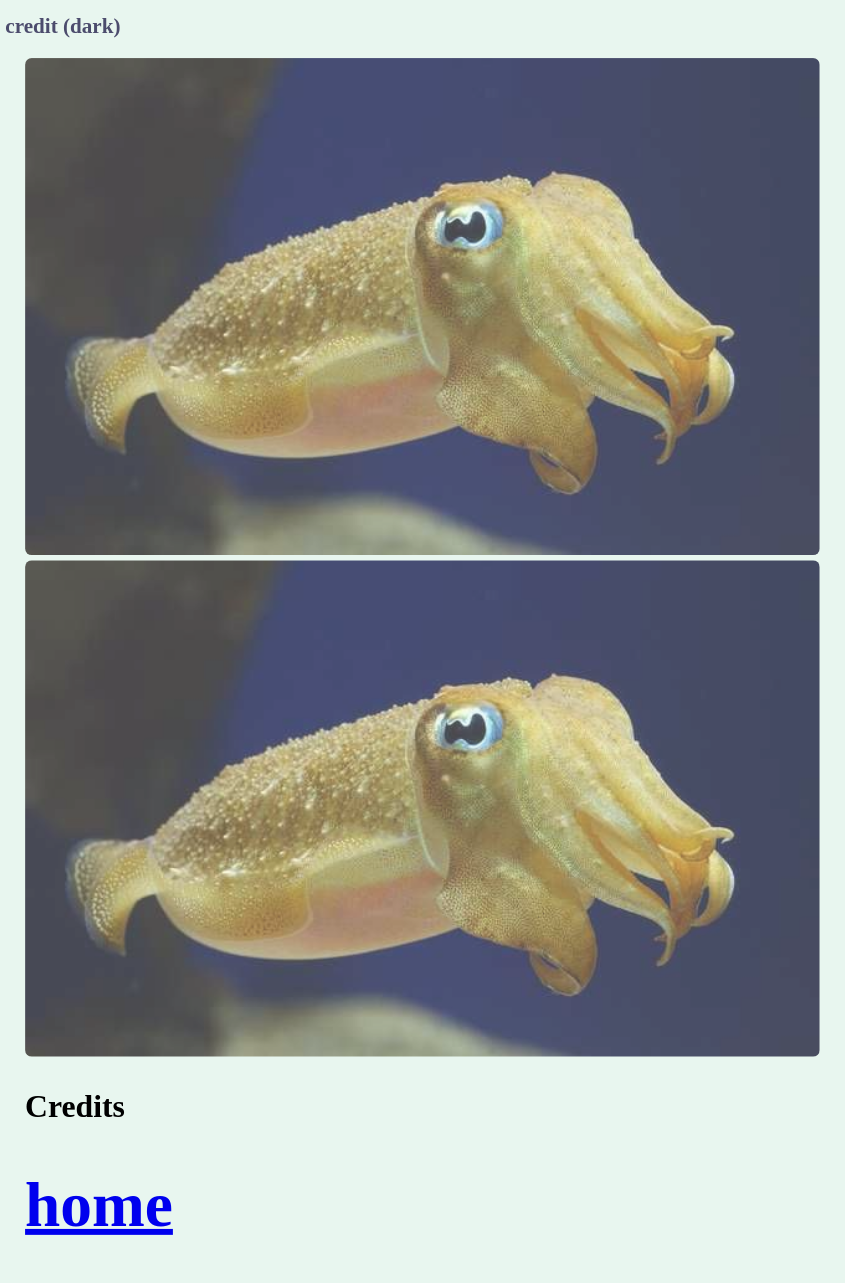
Repository: neomort/comm-lab-vid-site
Page: credits.html
The author's editor kept a copy of each file at every save. The page is drawn from the files as they stood at one save, then again after the next save.
The browser window is 1280 px wide. The pictures show the whole page, at 66% of full size.

Above is the page before, as saved 2021-09-23 02:51:07.

After the next save:
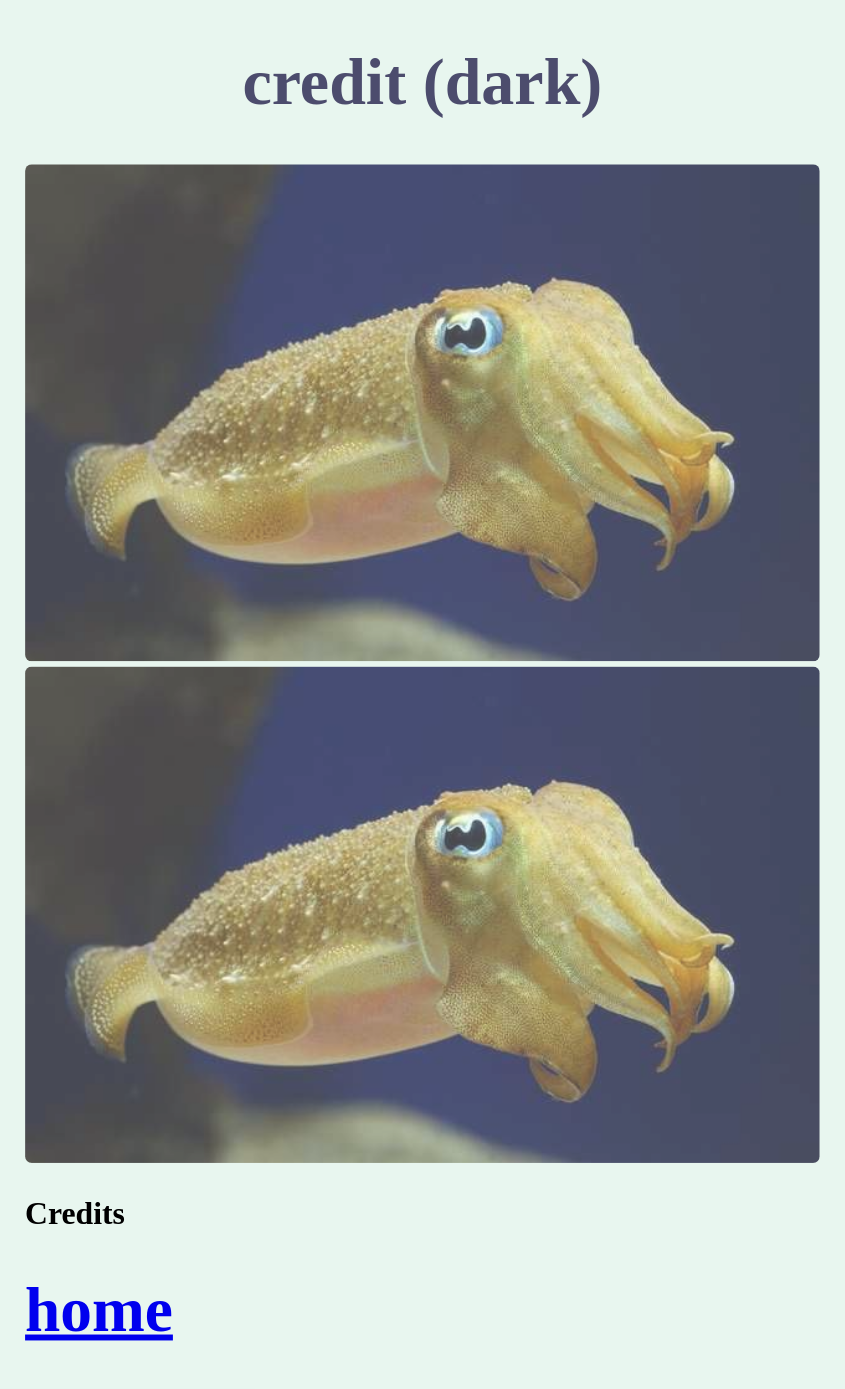
Saved 41 s later.
--- a/css/styles.css
+++ b/css/styles.css
@@ -101,7 +101,7 @@
   width: 100%;
 }
 
-.dark-header h1{
+.dark-header {
   font-size: 100px;
   position: relative;
   text-align: center;
